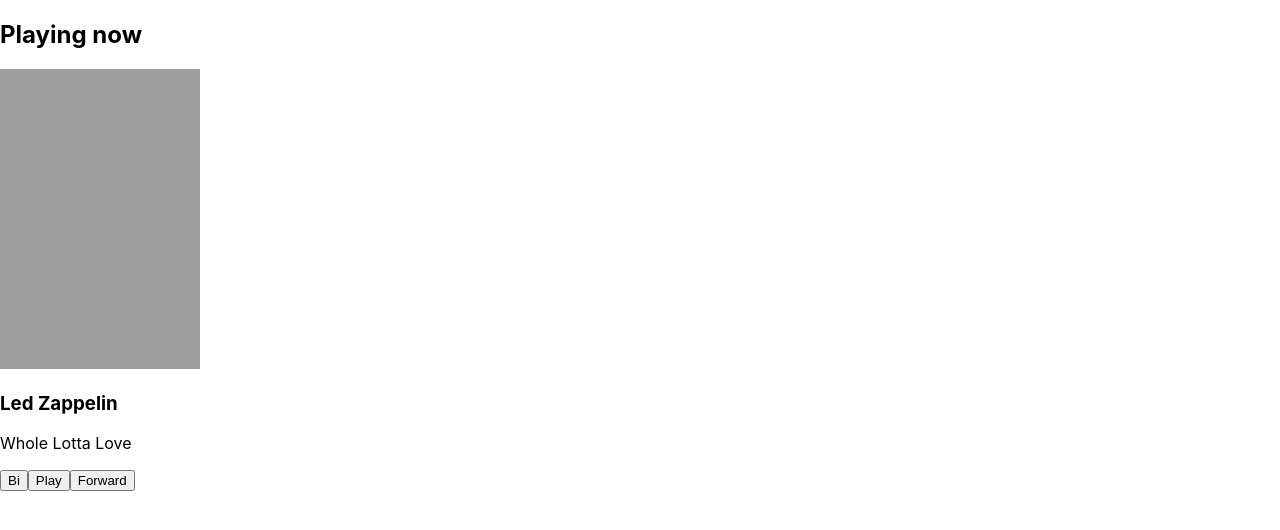
Repository: Sxcram02/playlist
Page: /
The author's editor kept a copy of each file at every save. The page is drawn from the files as they stood at one save, then again after the next save.
The browser window is 1280 px wide. The pictures show the whole page.
Pictures or frames that could not be fetched are drawn as grey boxes. The project was rebuilt for these pictures with package versions that can differ from the ones it lists, and the page was loaded fresh each time. Also part of the build but not shown: src/App.css.

Above is the page before, as saved 2023-02-22 17:12:16.

After the next save:
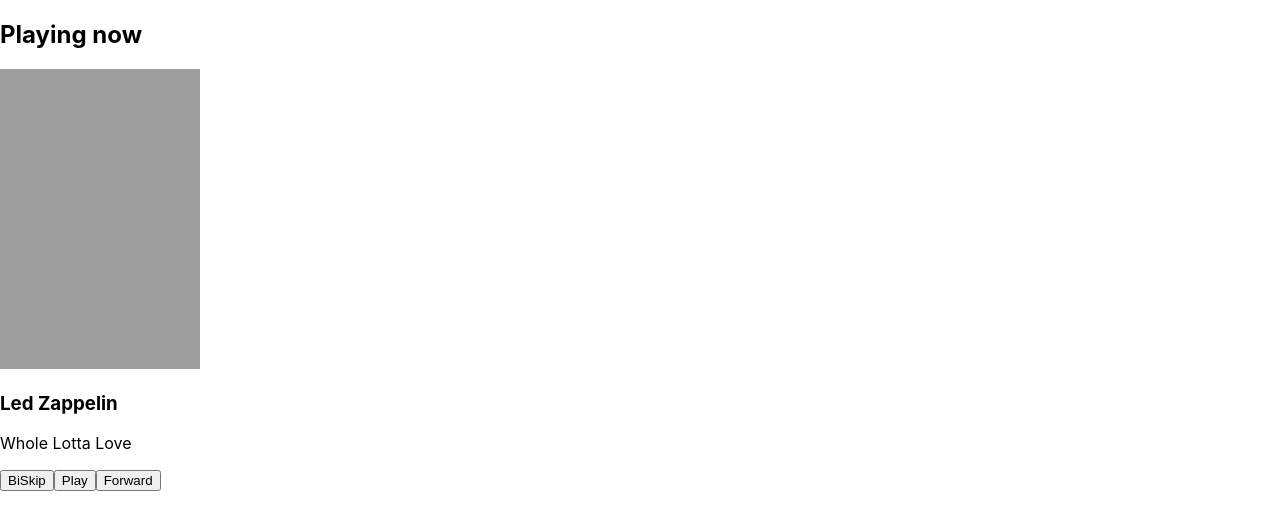
Saved 4 s later.
--- a/src/App.js
+++ b/src/App.js
@@ -17,7 +17,7 @@
       <div>
         <button className="playButton">
           <IconContext.Provider>
-            Bi
+            BiSkip
           </IconContext.Provider>
         </button>
         <button className="playButton">Play</button>
